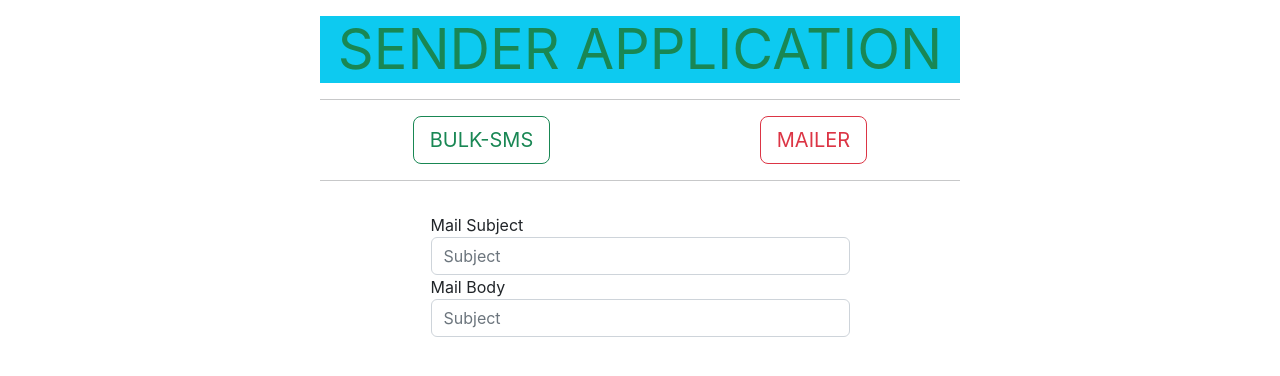
Repository: oluwaseyi9325/react-redux
Page: /
An editor plug-in stored every save of this project. The page is shown before and after a run of saves, followed by the edit.
The browser window is 1280 px wide. The pictures show the whole page.
The project was rebuilt for these pictures with package versions that can differ from the ones it lists, and the page was loaded fresh each time. Also part of the build but not shown: src/Pages/NotFond.tsx.

Above is the page before, as saved 2023-04-18 17:25:29.

### public/index.html
<!DOCTYPE html>
<html lang="en">

<head>
  <meta charset="utf-8" />
  <link rel="icon" href="%PUBLIC_URL%/favicon.ico" />
  <meta name="viewport" content="width=device-width, initial-scale=1" />
  <meta name="theme-color" content="#000000" />
  <meta name="description" content="Web site created using create-react-app" />
  <link rel="apple-touch-icon" href="%PUBLIC_URL%/logo192.png" />
  <link rel="manifest" href="%PUBLIC_URL%/manifest.json" />
  <link href="https://cdn.jsdelivr.net/npm/bootstrap@5.2.3/dist/css/bootstrap.min.css" rel="stylesheet" integrity="sha384-rbsA2VBKQhggwzxH7pPCaAqO46MgnOM80zW1RWuH61DGLwZJEdK2Kadq2F9CUG65" crossorigin="anonymous">
  <script src="https://cdn.jsdelivr.net/npm/bootstrap@5.2.3/dist/js/bootstrap.bundle.min.js" integrity="sha384-kenU1KFdBIe4zVF0s0G1M5b4hcpxyD9F7jL+jjXkk+Q2h455rYXK/7HAuoJl+0I4" crossorigin="anonymous"></script>
  <link rel="stylesheet" href="https://cdn.jsdelivr.net/npm/bootstrap-icons@1.10.3/font/bootstrap-icons.css">
  <title>SMS SENDER</title>
</head>

<body>
  <noscript>You need to enable JavaScript to run this app.</noscript>
  <div id="root"></div>
</body>

</html>

### src/index.tsx
import React from 'react';
import ReactDOM from 'react-dom/client';
import './index.css';
import App from './App';
import reportWebVitals from './reportWebVitals';
import { BrowserRouter } from 'react-router-dom';

const root = ReactDOM.createRoot(
  document.getElementById('root') as HTMLElement
);
root.render(
  <React.StrictMode>
    <BrowserRouter>
    <App />

    </BrowserRouter>
  </React.StrictMode>
);

// If you want to start measuring performance in your app, pass a function
// to log results (for example: reportWebVitals(console.log))
// or send to an analytics endpoint. Learn more: https://bit.ly/CRA-vitals
reportWebVitals();

### src/App.tsx
import React from 'react'
import { Route, Router, Routes } from 'react-router-dom'
import Index from './Pages/Index'
import Mailer from './Pages/Mailer'
import NotFond from './Pages/NotFond'

const App = () => {

  return (
    <>
    <Routes>
      <Route path='/' element={<Index/>} />
      <Route path='/mailer' element={<Mailer/>} />
      <Route path='*' element={<NotFond/>}/>
    </Routes>
    </>
  )
}

export default App

### src/Pages/Index.tsx
import React from 'react'
import Mailer from './Mailer'

const Index = () => {
  return (
   <>
     <Mailer/>
   </>
  )
}

export default Index

### src/Pages/Mailer.tsx
import React from 'react'
import NavBar from '../Components/NavBar'

const Mailer = () => {
  return (
   <>
    <NavBar/>

    <div className='container'>
       <div className='row mt-3'>
       <div className='mx-auto col-5'>
            <div className='p-3'>
                  <div>
                    <div>
                         <label>Mail Subject</label>
                        <input className='form-control' type="text" placeholder='Subject' />
                    </div>
                    <div>
                    <label>Mail Body</label>
                        <input className='form-control' type="text" placeholder='Subject' />
                    </div>
                  </div>
            </div>
       </div>
       </div>
    </div>

   </>
  )
}

export default Mailer

### src/Components/NavBar.tsx
import React from 'react'

const NavBar = () => {
  return (
    <>

      <div className='text-center col-6 mx-auto mt-3'>
        <h4 className='text-success display-4 bg-info'><b>SENDER APPLICATION</b></h4>
        <hr/>
        <div className='gap-4 d-flex justify-content-around'>
            <button className='btn btn-outline-success btn-lg'>BULK-SMS</button>
            <button className='btn btn-outline-danger btn-lg'>MAILER</button>
        </div>
        <hr/>
      </div>

    </>
  )
}

export default NavBar

Loaded but not shown: src/index.css (common file); src/reportWebVitals.ts (common file)

After the next 2 saves:
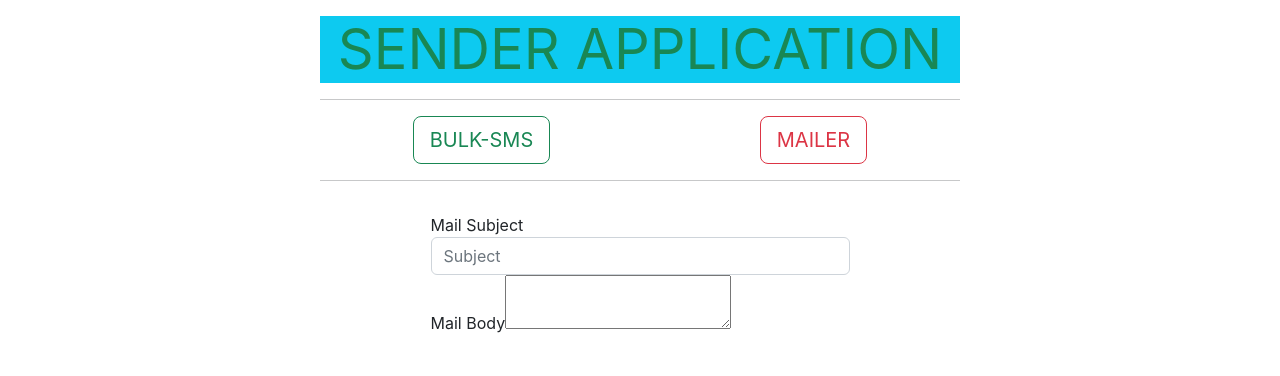
The 2 saves are shown as one change because they came seconds apart.
The last was saved 9 s later.
--- a/src/Pages/Mailer.tsx
+++ b/src/Pages/Mailer.tsx
@@ -17,7 +17,9 @@ const Mailer = () => {
                     </div>
                     <div>
                     <label>Mail Body</label>
-                        <input className='form-control' type="text" placeholder='Subject' />
+                        <textarea>
+
+                        </textarea>
                     </div>
                   </div>
             </div>
